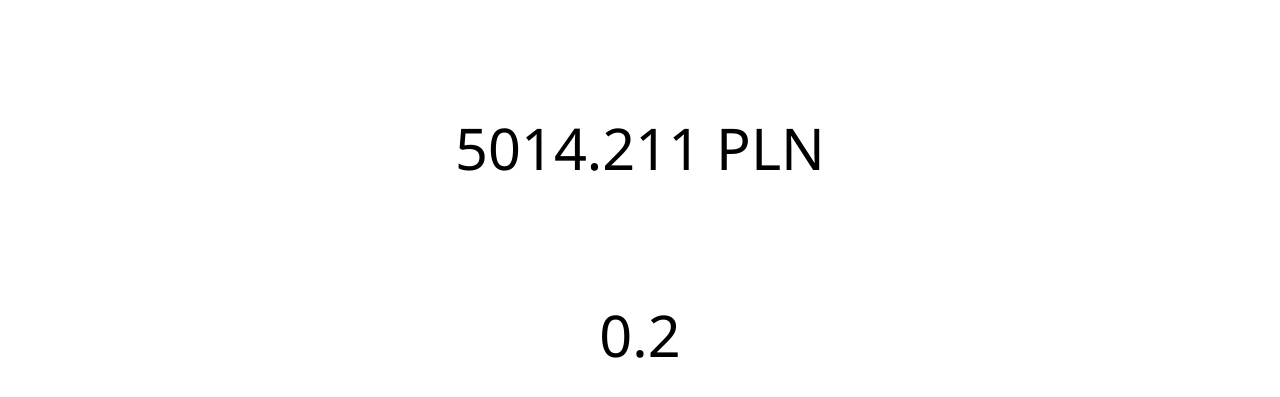
Repository: michalgornicki/bitcoin-virtual
Page: /
These files come from the project's save history. The page is drawn as it stood at one moment and after the next save; the edit follows.
The browser window is 1280 px wide. The pictures show the whole page.
The project was rebuilt for these pictures with package versions that can differ from the ones it lists, and the page was loaded fresh each time.

Above is the page before, as saved 2021-12-05 20:45:54.

After the next save:
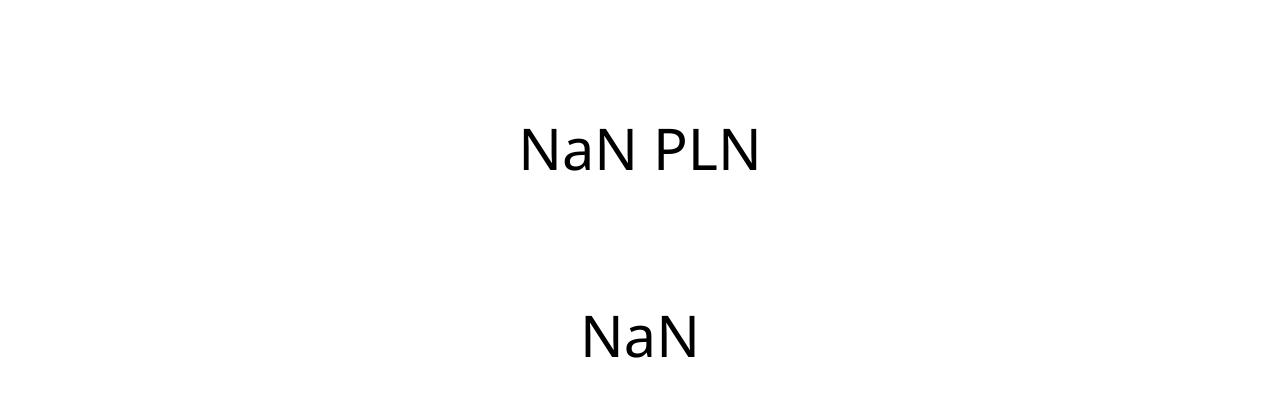
Saved 13 s later.
--- a/src/App.jsx
+++ b/src/App.jsx
@@ -3,7 +3,7 @@ import './App.css';
 
 function App() {
 
-const [bitcoinPrice, setBitcoinPrice] = useState(5000);
+const [bitcoinPrice, setBitcoinPrice] = useState();
 const [plnPrice, setPlnPrice] = useState(0.2);
 
 
